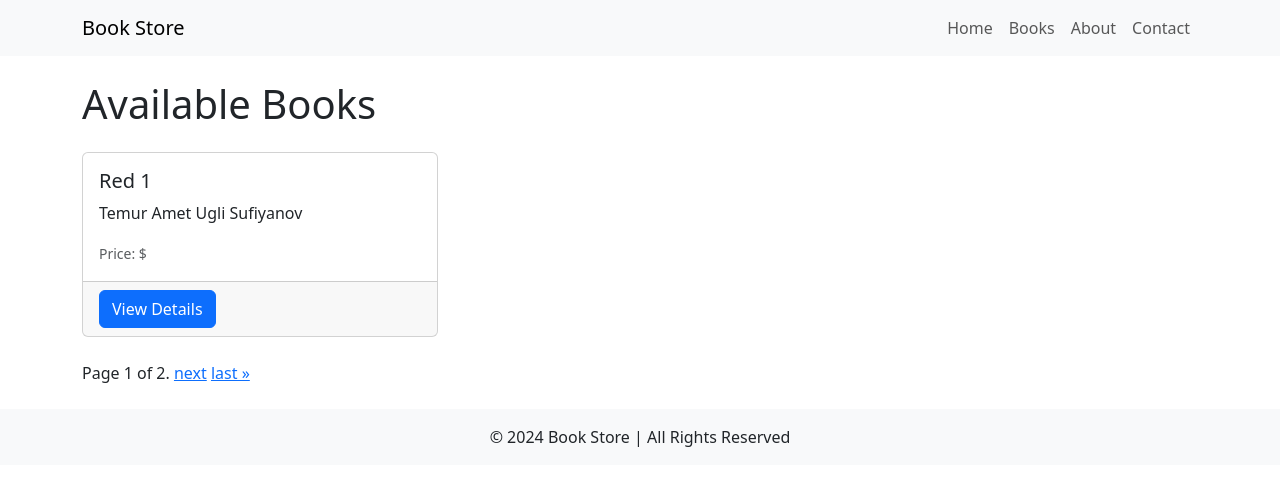
Repository: Temur-Sufiyanov/CBV
Page: http://localhost/
These files come from the project's save history. The page is drawn as it stood at one moment and after the next save; the edit follows.
The browser window is 1280 px wide. The pictures show the whole page.
The page is served by the project's application, run on Django 5.2 (manage.py). Other server files are loaded and not shown. The page reads the database file committed with the project.

Above is the page before, as saved 2024-12-14 12:30:59.

### book/templates/book/home.html
{% extends 'book/base.html' %}

{% block content %}
<h1 class="mb-4">Available Books</h1>
<div class="row">
    {% for book in books %}
        <div class="col-md-4 mb-4">
            <div class="card h-100">
                <div class="card-body">
                    <h5 class="card-title">{{ book.title }}</h5>
                    <p class="card-text">{{ book.author }}</p>
                    <p class="card-text"><small class="text-muted">Price: ${{ book.price }}</small></p>
                </div>
                <div class="card-footer">
                    <a href="{{ book.slug}}/" class="btn btn-primary">View Details</a>
                </div>
            </div>
        </div>
    {% endfor %}
</div>
<div class="pagination">
    <span class="step-links">
        {% if page_obj.has_previous %}
            <a href="?page=1">&laquo; first</a>
            <a href="?page={{ page_obj.previous_page_number }}">previous</a>
        {% endif %}

        <span class="current">
            Page {{ page_obj.number }} of {{ page_obj.paginator.num_pages }}.
        </span>

        {% if page_obj.has_next %}
            <a href="?page={{ page_obj.next_page_number }}">next</a>
            <a href="?page={{ page_obj.paginator.num_pages }}">last &raquo;</a>
        {% endif %}
    </span>
</div>
{% endblock %}

### book/templates/book/base.html
<!DOCTYPE html>
<html lang="en">
<head>
    <meta charset="UTF-8">
    <meta name="viewport" content="width=device-width, initial-scale=1.0">
    <title>Book Store</title>
    <!-- CSS (Bootstrap for styling, you can replace with your own styles) -->
    <link rel="stylesheet" href="https://cdn.jsdelivr.net/npm/bootstrap@5.3.0/dist/css/bootstrap.min.css">
</head>
<body>
    <!-- Navbar -->
    <nav class="navbar navbar-expand-lg navbar-light bg-light">
        <div class="container">
            <a class="navbar-brand" href="/">Book Store</a>
            <button class="navbar-toggler" type="button" data-bs-toggle="collapse" data-bs-target="#navbarNav" aria-controls="navbarNav" aria-expanded="false" aria-label="Toggle navigation">
                <span class="navbar-toggler-icon"></span>
            </button>
            <div class="collapse navbar-collapse" id="navbarNav">
                <ul class="navbar-nav ms-auto">
                    <li class="nav-item">
                        <a class="nav-link" href="/">Home</a>
                    </li>
                    <li class="nav-item">
                        <a class="nav-link" href="/books/">Books</a>
                    </li>
                    <li class="nav-item">
                        <a class="nav-link" href="/about/">About</a>
                    </li>
                    <li class="nav-item">
                        <a class="nav-link" href="/contact/">Contact</a>
                    </li>
                </ul>
            </div>
        </div>
    </nav>

    <!-- Main Content Area -->
    <div class="container mt-4">
        {% block content %}
        <!-- Content will be injected here -->
        {% endblock %}
    </div>

    <!-- Footer -->
    <footer class="bg-light text-center text-lg-start mt-4">
        <div class="text-center p-3">
            © 2024 Book Store | All Rights Reserved
        </div>
    </footer>

    <!-- JS (Bootstrap and other scripts) -->
    <script src="https://cdn.jsdelivr.net/npm/bootstrap@5.3.0/dist/js/bootstrap.bundle.min.js"></script>
</body>
</html>

### book/models.py
from django.db import models

# Create your models here.

class Book(models.Model):
    title = models.CharField(max_length=200)
    author = models.CharField(max_length=150)
    genre = models.CharField(max_length=59)
    slug = models.SlugField(null=True)
    count = models.IntegerField(null=True, default=0)


    def __str__(self):
        return self.title

### book/views.py
from django.shortcuts import render
from django.views.generic.base import TemplateView
from django.views.generic.list import ListView
from django.views.generic.detail import DetailView
from .models import Book
# Create your views here.

# class IndexView(TemplateView):

#     template_name = 'book/home.html'

#     def get_context_data(self, **kwargs):
#         context = super().get_context_data(**kwargs)
#         context['books'] = Book.objects.all()

#         return context

class IndexView(ListView):
    model = Book
    template_name = 'book/home.html'
    context_object_name = 'books'
    paginate_by = 1
    # queryset = Book.objects.all()[:2]

    def get_queryset(self):
        return Book.objects.all()[:2]

class BookDetail(DetailView):

    model = Book
    template_name = 'book/book_detail.html'
    context_object_name = 'book'

### core/urls.py
"""
URL configuration for core project.

The `urlpatterns` list routes URLs to views. For more information please see:
    https://docs.djangoproject.com/en/5.1/topics/http/urls/
Examples:
Function views
    1. Add an import:  from my_app import views
    2. Add a URL to urlpatterns:  path('', views.home, name='home')
Class-based views
    1. Add an import:  from other_app.views import Home
    2. Add a URL to urlpatterns:  path('', Home.as_view(), name='home')
Including another URLconf
    1. Import the include() function: from django.urls import include, path
    2. Add a URL to urlpatterns:  path('blog/', include('blog.urls'))
"""
from django.contrib import admin
from django.urls import path, include

urlpatterns = [
    path('admin/', admin.site.urls),
    # path('', include('cbv.urls')),
    path('',include('book.urls')),
]

### book/urls.py
from django.urls import path
from .views import IndexView, BookDetail

urlpatterns = [
    path('', IndexView.as_view(), name='home'),
    path('<slug:slug>/', BookDetail.as_view(), name='book-detail'),
]

### db.sqlite3 (the tables this page reads, as SQL)
CREATE TABLE "book_book" ("id" integer NOT NULL PRIMARY KEY AUTOINCREMENT, "title" varchar(200) NOT NULL, "author" varchar(150) NOT NULL, "genre" varchar(59) NOT NULL, "slug" varchar(50) NULL, "count" integer NULL);
INSERT INTO "book_book" VALUES
(1, 'Red 1', 'Temur Amet Ugli Sufiyanov', 'Fiction', 'fiction', 4),
(2, 'Progarmming', 'Temur Amet Ugli Sufiyanov', 'programming', 'progarmming', 7),
(3, 'Python', 'Settarov', 'programming', NULL, 0),
(4, 'Python', 'Settarov', 'programming', NULL, 0),
(5, 'Python', 'Settarov', 'programming', NULL, 0),
(6, 'Django', 'Temur', 'IT', 'django', 0),
(7, 'HI', 'Feruz', 'Fantasysss', 'hi', 0);

After the next save:
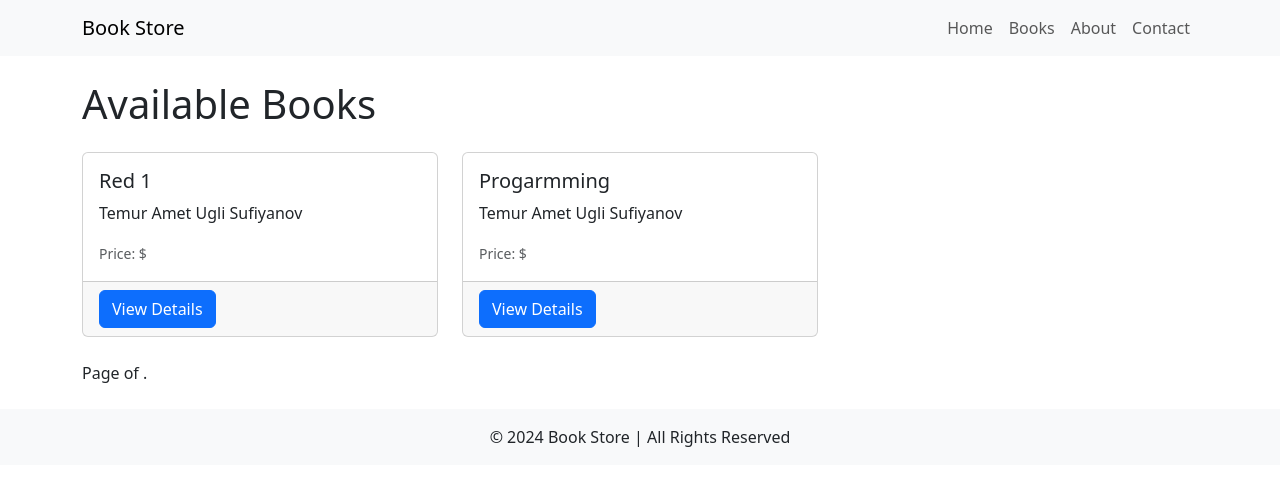
Saved 18 s later.
--- a/book/views.py
+++ b/book/views.py
@@ -19,7 +19,7 @@ class IndexView(ListView):
     model = Book
     template_name = 'book/home.html'
     context_object_name = 'books'
-    paginate_by = 1
+    # paginate_by = 1
     # queryset = Book.objects.all()[:2]
 
     def get_queryset(self):
